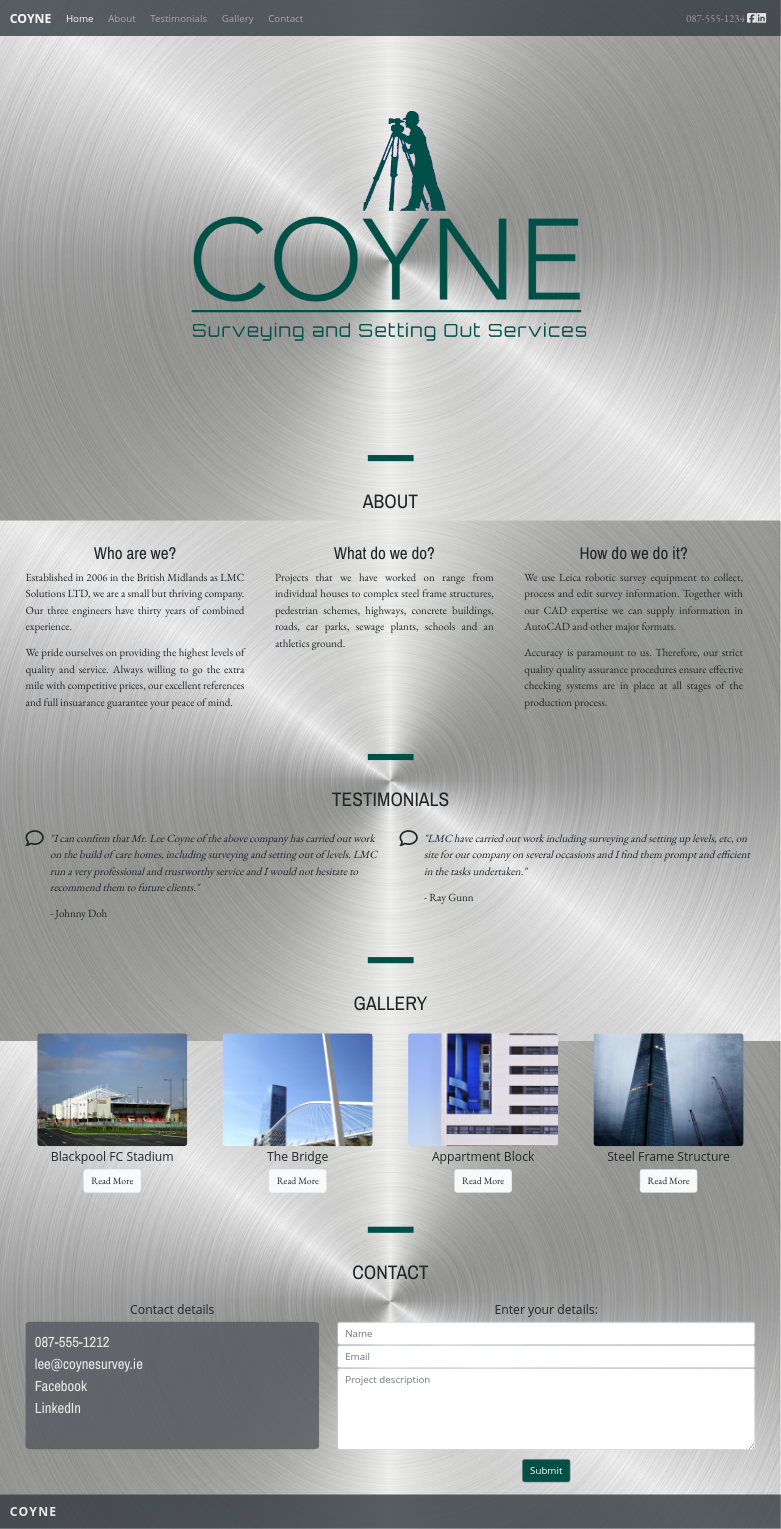
Repository: Leo-Cullen/first-milestone-project
Page: index.html
The author's editor kept a record of every edit. The page is drawn from the files as they stood at one moment, then again after the next edit.
The browser window is 1280 px wide. The pictures show the whole page, at 61% of full size.
Backgrounds fixed to the window are drawn as part of the page. Some web libraries are served in a nearby version.

Above is the page before.

### index.html
<!DOCTYPE html>
<html lang="en">

<head>
    <meta charset="UTF-8">
    <meta name="viewport" content="width=device-width, initial-scale=1.0">
    <meta http-equiv="X-UA-Compatible" content="ie=edge">
    <link rel="stylesheet" href="https://stackpath.bootstrapcdn.com/bootstrap/4.3.1/css/bootstrap.min.css" integrity="sha384-ggOyR0iXCbMQv3Xipma34MD+dH/1fQ784/j6cY/iJTQUOhcWr7x9JvoRxT2MZw1T" crossorigin="anonymous">
    <link href="https://fonts.googleapis.com/css?family=Archivo+Narrow|EB+Garamond&display=swap" rel="stylesheet">
    <link rel="stylesheet" href="assets/css/style.css" type="text/css" />
    <title>Coyne | Surveying and setting out services</title>
    <script src="https://kit.fontawesome.com/c525f812d6.js"></script>
</head>

<body>

    <nav class="navbar top-navbar navbar-expand-sm navbar-dark bg-dark fixed-top">
        <a class="navbar-brand" href="#"> COYNE </a>

        <button class="navbar-toggler" type="button" data-toggle="collapse" data-target="#navbarNav" aria-controls="navbarNav" aria-expanded="false" aria-label="Toggle navigation">
            <span class="navbar-toggler-icon"></span>
        </button>
        <div class="collapse navbar-collapse" id="navbarNav">
            <ul class="navbar-nav mr-auto">
                <li class="nav-item active">
                    <a class="active nav-link mr-2" href="#">Home <span class="sr-only">(current)</span></a>
                </li>
                <li class="nav-item mr-2">
                    <a class="nav-link" href="#about">About</a>
                </li>
                <li class="nav-item mr-2">
                    <a class="nav-link" href="#testimonials">Testimonials</a>
                </li>
                <li class="nav-item mr-2">
                    <a class="nav-link" href="#gallery-anchor">Gallery</a>
                </li>
                <li class="nav-item mr-2">
                    <a class="nav-link" href="#contact">Contact</a>
                </li>
            </ul>
            <div class="d-none d-md-block">
                <p class="navbar-text my-auto mr-2">087-555-1234 <i class="fab fa-facebook-square icon"></i><i class="fab fa-linkedin icon"></i></p>
            </div>
        </div>
    </nav>

    <div class="container-fluid  splash-container">
        <div class="row">
            <div class="col-12">
                <section class="splash jumbotron">
                    <img src="assets/images/coyne-logo.png" width="100%" height="100%" style="margin-top:100px" />
                    <!--  -->
                </section>
            </div>
        </div>
    </div>

    <div class="container-fluid about-container content-container">
        <!-- About section -->
        <hr id="about" />
        <section class="about-section">
            <div class="row">
                <div class="col-12 page-header">
                    <h2 class="text-uppercase section-heading">About</h2>
                </div>
            </div>
            <div class="row">
                <div class="col-12 col-md-6 col-lg-4">
                    <div class="about-col">
                        <h3 class="about-heading">Who are we?</h3>
                        <p>Established in 2006 in the British Midlands as LMC Solutions LTD, we are a small but thriving company. Our three engineers have thirty years of combined experience.</p>
                        <p>We pride ourselves on providing the highest levels of quality and service. Always willing to go the extra mile with competitive prices, our excellent references and full insuarance guarantee your peace of mind.</p>
                    </div>
                </div>
                <div class="col-12 col-md-6 col-lg-4">
                    <div class="about-col">
                        <h3 class="about-heading">What do we do?</h3>
                        <p>Projects that we have worked on range from individual houses to complex steel frame structures, pedestrian schemes, highways, concrete buildings, roads, car parks, sewage plants, schools and an athletics ground.</p>
                    </div>
                </div>
                <div class="col-12 col-md-6 col-lg-4">
                    <div class="about-col">
                        <h3 class="about-heading">How do we do it?</h3>
                        <p>We use Leica robotic survey equipment to collect, process and edit survey information. Together with our CAD expertise we can supply information in AutoCAD and other major formats.</p>
                        <p>Accuracy is paramount to us. Therefore, our strict quality quality assurance procedures ensure effective checking systems are in place at all stages of the production process.</p>
                    </div>
                </div>
            </div>
        </section>
        <!-- / About section -->
    </div>
    <!-- / About container -->

    <div class="container-fluid testimonials-container content-container">
        <!-- Testimonials section -->
        <hr id="testimonials" />
        <section class="testimonials">
            <div class="row">
                <div class="col-12 page-header">
                    <h2 class="text-uppercase section-heading">Testimonials</h2>
                </div>
            </div>
            <div class="row">
                <div class="col-12 col-md-6">
                    <div class="media">
                        <i class="far fa-comment" class="mr-3"></i>
                        <blockquote class="blockquote">
                            <p class="quote">"I can confirm that Mr. Lee Coyne of the above company has carried out work on the build of care homes, including surveying and setting out of levels. LMC run a very professional and trustworthy service and I would not hesitate
                                to recommend them to future clients."</p>
                            <p>- Johnny Doh</p>
                        </blockquote>
                    </div>
                </div>
                <div class="col-12 col-md-6">
                    <div class="media">
                        <i class="far fa-comment" class="mr-3"></i>
                        <blockquote class="blockquote">
                            <p class="quote">"LMC have carried out work including surveying and setting up levels, etc, on site for our company on several occasions and I find them prompt and efficient in the tasks undertaken."</p>
                            <p>- Ray Gunn</p>
                        </blockquote>
                    </div>
                </div>
            </div>
        </section>
        <!-- / Testimonials section -->
    </div>
    <!-- / Testimonials container -->

    <!-- Gallery container -->
    <div class="container-fluid gallery-container content-container">
        <hr id="gallery-anchor" />
        <section class="gallery">
            <div class="row">
                <div class="col-12 page-header">
                    <h2 class="text-uppercase section-heading">Gallery</h2>
                </div>
            </div>
            <div class="row">
                <div class="col-md-6 col-xl-3">
                    <img class="img-responsive" src="assets/images/blackpool-fc.jpg" />
                    <h5>Blackpool FC Stadium</h5>
                    <p><a class="btn btn-small btn-light" href="#">Read More</a></p>
                </div>
                <div class="col-md-6 col-xl-3">
                    <img class="img-responsive" src="assets/images/bridge-640x480.jpg" />
                    <h5>The Bridge</h5>
                    <p><a class="btn btn-small btn-light" href="#">Read More</a></p>
                </div>
                <div class="col-md-6 col-xl-3">
                    <img class="img-responsive" src="assets/images/appartments-640x480.jpg" />
                    <h5>Appartment Block</h5>
                    <p><a class="btn btn-small btn-light" href="#">Read More</a></p>
                </div>
                <div class="col-md-6 col-xl-3">
                    <img class="img-responsive" src="assets/images/skyscraper-640x480.jpg" />
                    <h5>Steel Frame Structure</h5>
                    <p><a class="btn btn-small btn-light" href="#">Read More</a></p>
                </div>
            </div>
        </section>
    </div>
    <!-- / Gallery container -->

    <!-- Contact container -->
    <div class="container-fluid contact-container content-container">
        <hr id="contact" />
        <section class="contact-section">
            <div class="row">
                <div class="col-12 page-header">
                    <h2 class="text-uppercase section-heading">CONTACT</h2>
                </div>
            </div>
            <div class="row bg-color-contact">

                <div class="col-md-5">
                    <h5 class="uppercase text-center">Contact details</h5>
                    <div class="contact-details">
                        <span>087-555-1212</span>
                        <span>lee@coynesurvey.ie</span>
                        <span><a class="contact-link" href="https://www.facebook.com" target="_blank">Facebook</a></span>
                        <span><a class="contact-link" href="https://www.linkedin.com" target="_blank">LinkedIn</a></span>
                    </div>

                </div>
                <div class="col-md-7 center-form">
                    <h5 class="uppercase text-center">Enter your details:</h5>
                    <form>
                        <input type="text" name="name" id="fullname" class="form-control" placeholder="Name" required />
                        <input type="email" name="email" id="emailaddress" class="form-control" placeholder="Email" required />
                        <textarea rows="5" name="projectsummary" id="projectsummary" class="form-control" placeholder="Project description" required></textarea>
                        <div class="form-row text-center">
                            <div class="col">
                                <button type="submit" class="btn btn-secondary">Submit</button>
                            </div>
                        </div>
                    </form>
                </div>
            </div>

        </section>
    </div>
    <!-- / Contact container -->

    <!-- Footer -->
    <nav class="navbar bottom-navbar navbar-expand-sm navbar-dark bg-dark">
        <a class="navbar-brand" href="#">COYNE</a>
    <!-- / Footer -->

    <script src="https://code.jquery.com/jquery-3.3.1.slim.min.js" integrity="sha384-q8i/X+965DzO0rT7abK41JStQIAqVgRVzpbzo5smXKp4YfRvH+8abtTE1Pi6jizo" crossorigin="anonymous"></script>
    <script src="https://cdnjs.cloudflare.com/ajax/libs/popper.js/1.14.7/umd/popper.min.js" integrity="sha384-UO2eT0CpHqdSJQ6hJty5KVphtPhzWj9WO1clHTMGa3JDZwrnQq4sF86dIHNDz0W1" crossorigin="anonymous"></script>
    <script src="https://stackpath.bootstrapcdn.com/bootstrap/4.3.1/js/bootstrap.min.js" integrity="sha384-JjSmVgyd0p3pXB1rRibZUAYoIIy6OrQ6VrjIEaFf/nJGzIxFDsf4x0xIM+B07jRM" crossorigin="anonymous"></script>

</body>

</html>

### assets/css/style.css
/*body,html {
    height: 100%;
    width:100%;
    margin: 0px;
}
*/
body {
    font-family: "Open Sans", sans-serif;
    background: url(../images/circular-metal-960x720.jpg) no-repeat center center fixed;
    -webkit-background-size: cover;
    -moz-background-size: cover;
    -o-background-size: cover;
    background-size: cover;


    overflow-x: hidden; /* remove horizontal scrollbar */
}

h1,h2,h3 {
    font-family: 'Archivo Narrow', sans-serif;
}

p {
    font-family: 'EB Garamond', serif;
    font-size: large;
}

/*------------------------------------------------------------------- navbar */

.navbar {
    opacity: 0.8;
}

.navbar-brand {
    font-weight: bold;
}

.top-navbar i {
    font-size: large;
    color: #f8f8f8;
}

.top-navbar i:hover {
    font-weight: bold;
    color: #999c9d !important;
}

.navbar-toggler {
    background-color: #005048;
}


/*-------------------------------------------------------------------general styles */

.page-header {
    margin-top: 0;
    margin-bottom: 0;
    text-align: center;
}

.page-header h2 {
    margin-top: 30px;
    margin-bottom: 30px;
}

hr {
    width: 75px;
    height: 10px;
    border: 0;
    background-color: #005048; /* dark green */
}

.section-heading {
    text-align: center;
}

.content-container {
    margin-bottom: 20px;
    margin: 0 auto;
    max-width: 95%; /* keep all content within screen  */
}

/*------------------------------------------------------------------- splash */

.splash-container {
     height: 100vh;
    display: flex;
    align-items: center;
    justify-content: center;
    position: relative;
}


.jumbotron {
   background-color: transparent;
   margin: 0;
}

/*------------------------------------------------------------------- about */

.about-container {
    margin-top: 00px;
    padding: 10px;
}

.about-col {
    padding-top: 20px;
    padding-right: 20px;
}

.about-heading {
    text-align: center;
}

.about-col p {
    text-align: justify;
}

/*-------------------------------------------------------------------testimonials */

.testimonials-container {
    margin-top: 20px;
    padding: 10px;
}

.quote {
    font-style: italic;
}

.testimonials i {
    font-size: 30px;
    margin-right: 10px;
}

/*-------------------------------------------------------------------gallery */

.gallery-container {
    text-align: center;
}

.gallery-container img {
    border-radius: 3%;
    /* border: solid 3px #525252; */
}

.gallery-container h5 {
    padding-top: 6px;
}

.gallery-container p {
    margin-bottom: 30px;
}

/*-------------------------------------------------------------------contact */

.contact-container {
    padding: 10px;
    text-align: center;
    padding-bottom: 0;
}

.img-responsive {
    max-width: 90%;
}

.contact-container i {
    font-size: 20px;
}

.contact-container p {
    font-size: 24px;
    letter-spacing: 2px;
}

.contact-details {
    background-color: #555a5f;
    opacity: 0.8;
}

.center-form .contact-details {
    padding-top: 10px;
    margin: 0 auto;
    max-width: 65%;
}

.contact-details {
    border-radius: 2%;
    text-align: left;
    padding-left: 15px;
    padding-top: 15px;
    padding-bottom: 50px;
    color: #fff;

}

.contact-details span {
    display: block;
    padding: 0;
    font-family: 'Archivo Narrow', sans-serif;
    font-size: x-large;
}


.contact-details a {
    color: #fff;
}

.contact-details a:hover {
    color: #999c9d;
    text-decoration: none;
}

button[type="submit"] {
    margin-top: 15px;
    margin-bottom: 20px;
    background-color: #005048;
}

.bottom-navbar {
    margin: 0;
    letter-spacing: 2px;
    opacity: 0.8;
}

After the next edit:
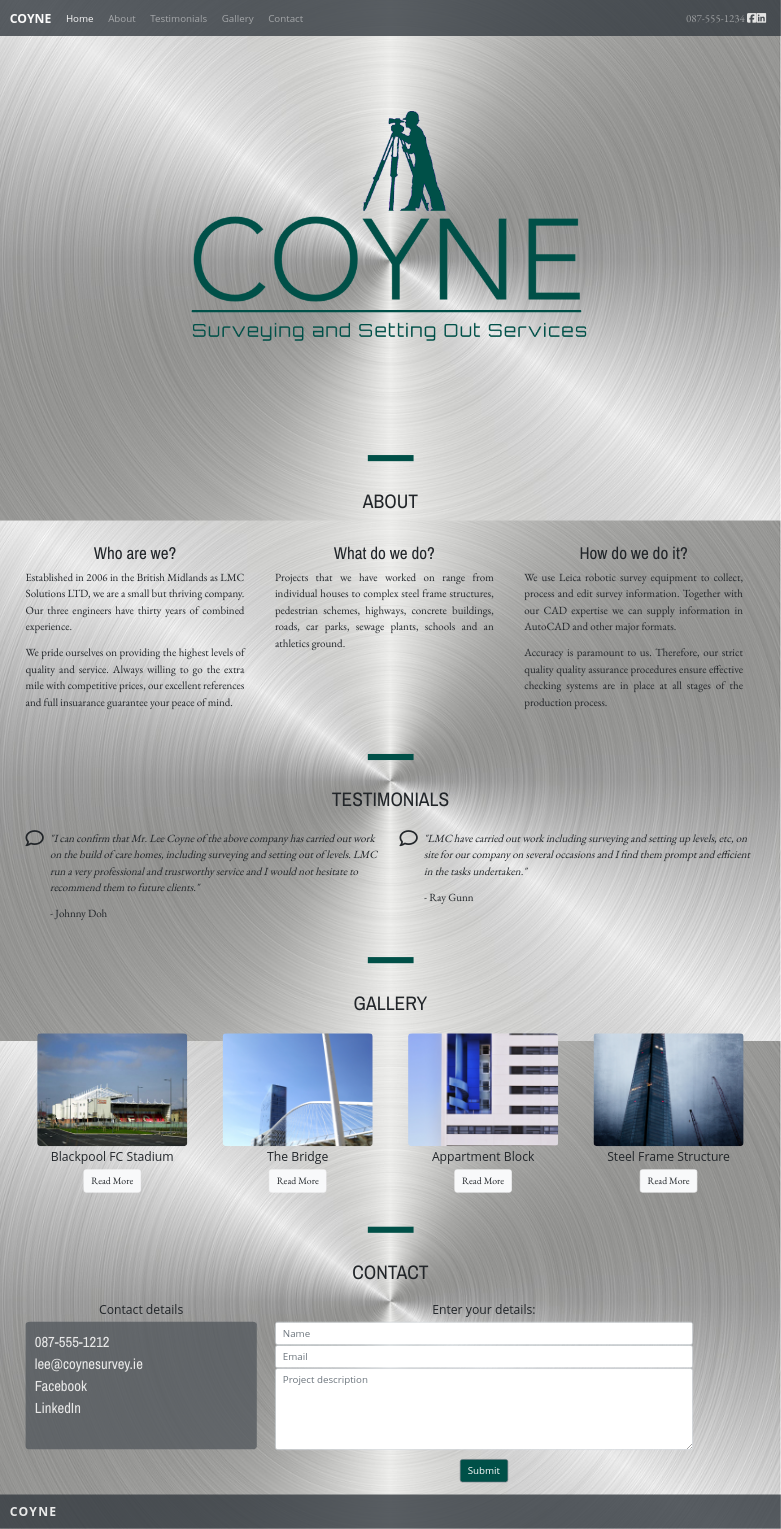
The edit:
--- a/index.html
+++ b/index.html
@@ -172,7 +172,7 @@
             </div>
             <div class="row bg-color-contact">
 
-                <div class="col-md-5">
+                <div class="col-md-4">
                     <h5 class="uppercase text-center">Contact details</h5>
                     <div class="contact-details">
                         <span>087-555-1212</span>
